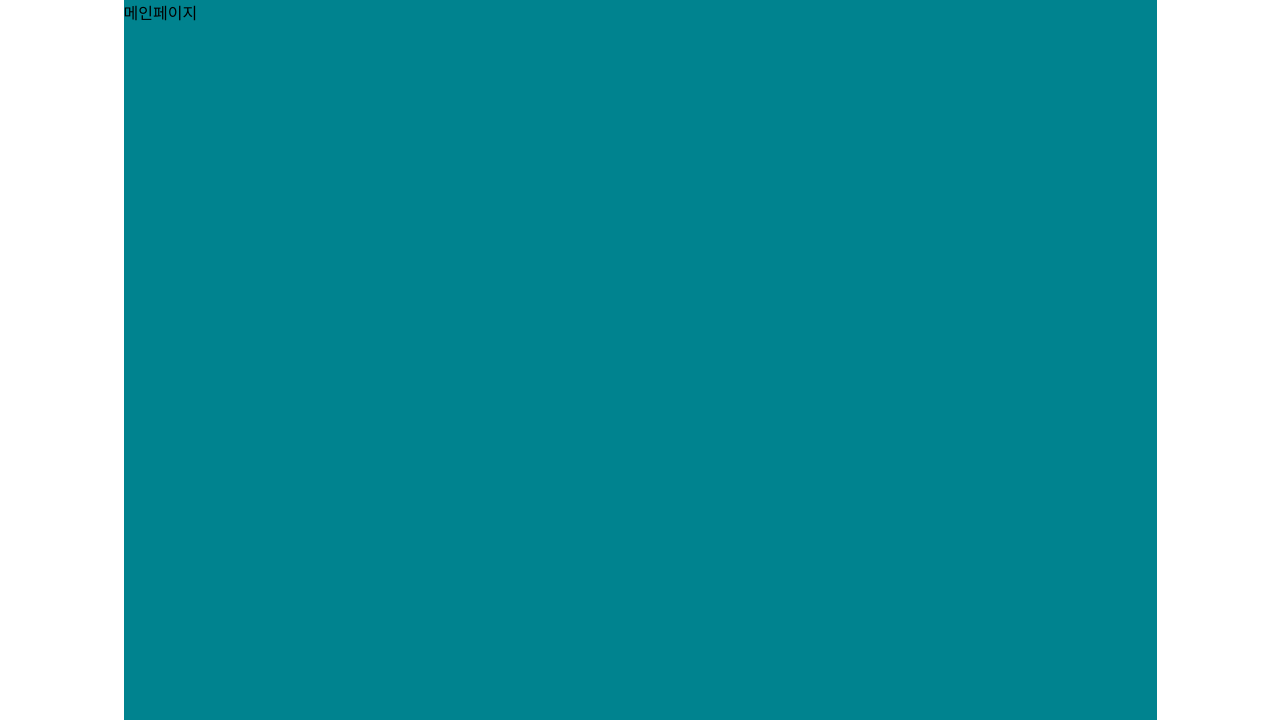
Repository: SeungYn/ticktickup-client
Page: /
These files come from the project's save history. The page is drawn as it stood at one moment and after the next save; the edit follows.
The browser window is 1280 px wide. The pictures show the whole page.
The project was rebuilt for these pictures with package versions that can differ from the ones it lists, and the page was loaded fresh each time. Also part of the build but not shown: src/pages/TimeDetail.tsx, src/pages/MyInfo.tsx, src/components/auth/authForm.modue.scss, src/components/auth/AuthForm.tsx, src/pages/Login.tsx.

Above is the page before, as saved 2022-12-29 22:32:45.

After the next save:
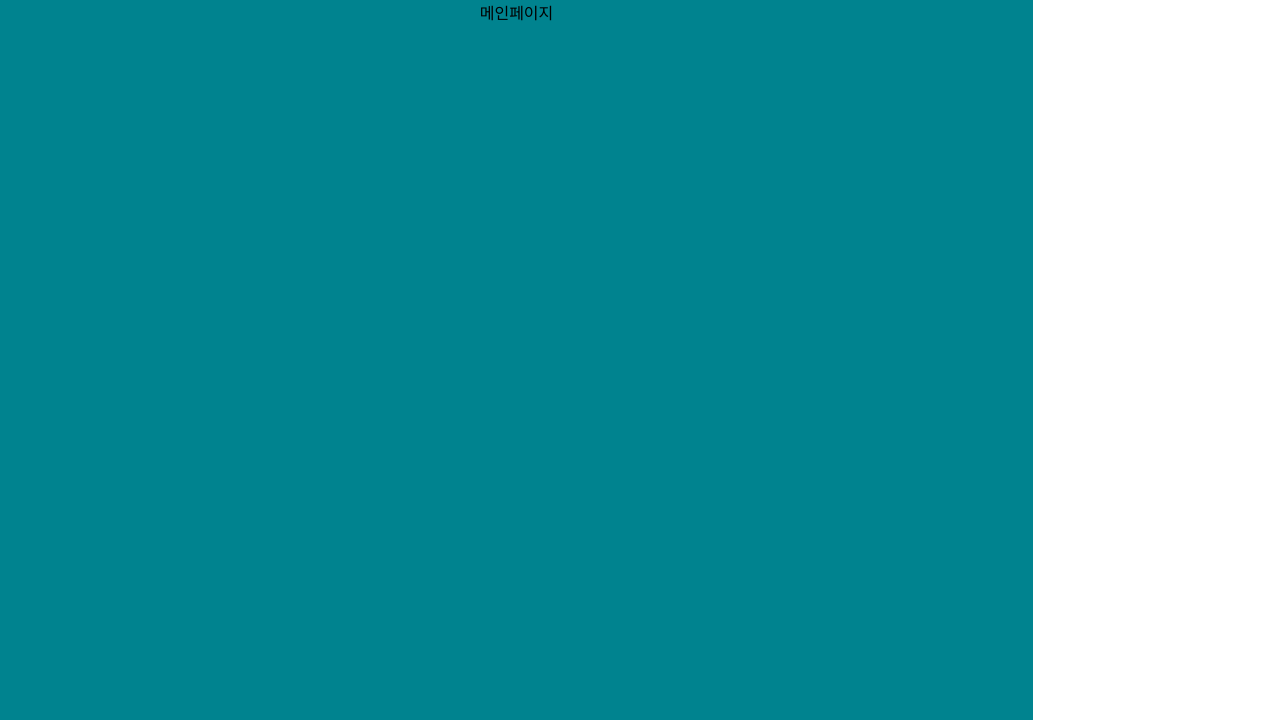
Saved 90 s later.
--- a/src/index.css
+++ b/src/index.css
@@ -23,7 +23,8 @@ code {
   height: 100%;
   width: 1033px;
   background-color: #00838f;
-  margin: 0 auto;
+  display: flex;
+  justify-content: center;
 }
 
 input {
